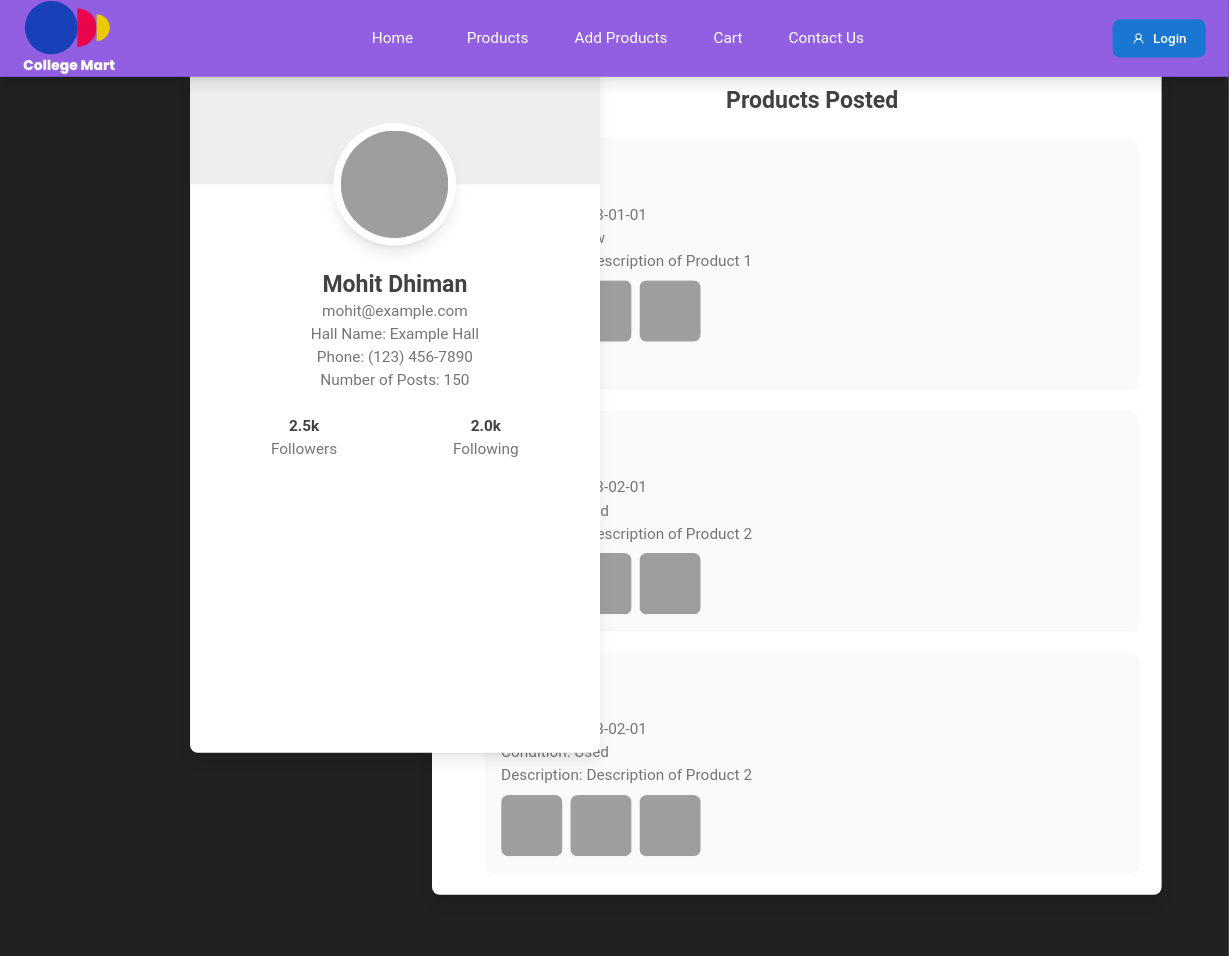
Repository: kumar1397/College-Mart
Page: /home/profile
These files come from the project's save history. The page is drawn as it stood at one moment and after the next save; the edit follows.
The browser window is 1280 px wide. The pictures show the whole page, at 96% of full size.
Pictures or frames that could not be fetched are drawn as grey boxes. Some web fonts or font styles are not loaded; a fallback is used. Some web libraries are served in a nearby version. The project was rebuilt for these pictures with package versions that can differ from the ones it lists, and the page was loaded fresh each time. Also part of the build but not shown: src/components/forgetPassword/forgetpassword.jsx, src/components/Auth.js, src/components/hero/Heronavbar.jsx, src/components/hero/footer.jsx, src/components/hero/Carousel.jsx, src/components/hero/Hero.jsx, src/components/new-home-page/header.jsx, src/components/new-home-page/footer_cont.jsx and 12 more.

Above is the page before, as saved 2024-07-15 15:58:14.

After the next save:
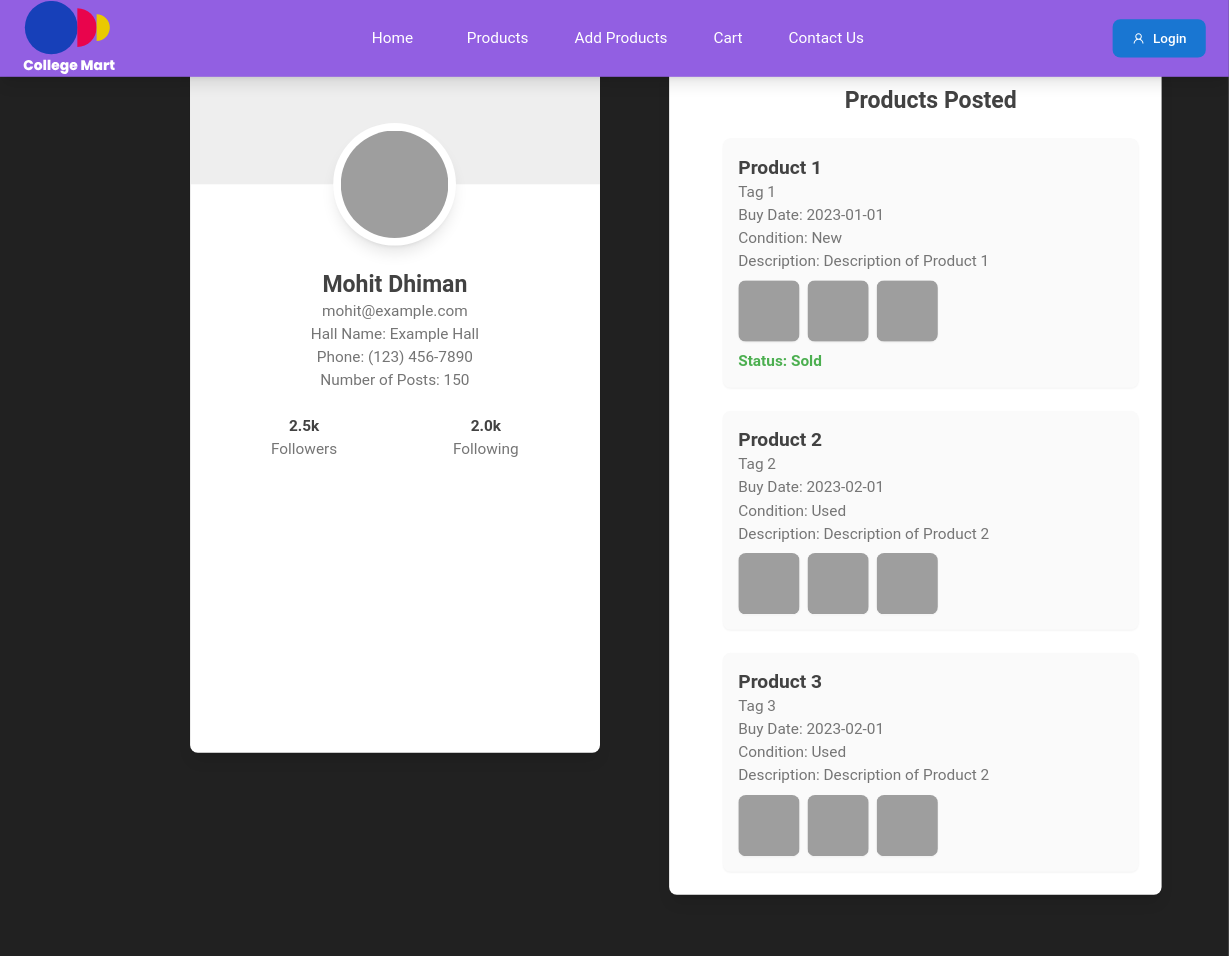
Saved 2 min 38 s later.
--- a/src/components/profile/profile.jsx
+++ b/src/components/profile/profile.jsx
@@ -63,7 +63,7 @@ export default function Profile() {
                         </div>
                     </div>
 
-                    <div className="lg:ml-1/3 w-full bg-white rounded-lg shadow-lg overflow-y-auto h-full pl-8" style={{ marginLeft: "33.3333%" }}>
+                    <div className="lg:ml-1/3 w-full bg-white rounded-lg shadow-lg overflow-y-auto h-full pl-8" style={{ marginLeft: "55%" }}>
                         <div className="p-6">
                             <h2 className="text-2xl font-semibold text-gray-800 text-center">Products Posted</h2>
                             <div className="mt-6 space-y-6">
